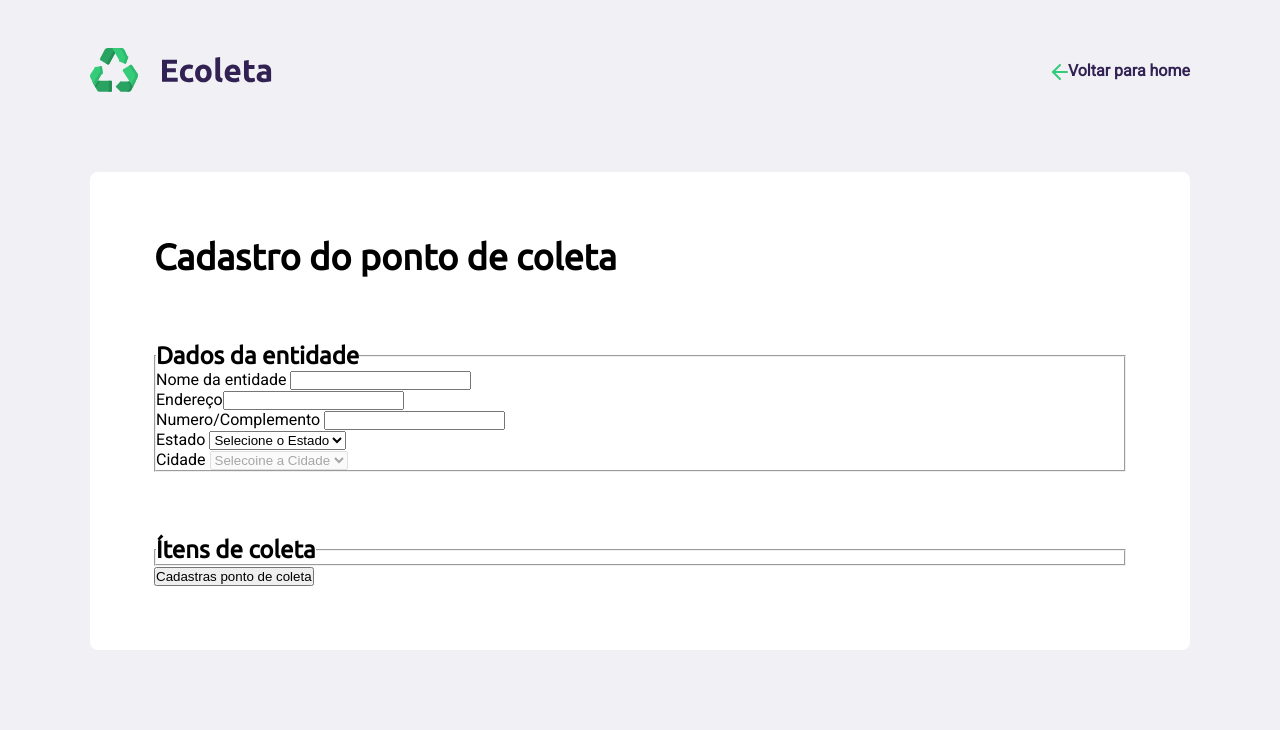
Repository: ivobass/NextLevelWeek
Page: create-point.html
The author's editor kept a copy of each file at every save. The page is drawn from the files as they stood at one save, then again after the next save.
The browser window is 1280 px wide. The pictures show the whole page.

Above is the page before, as saved 2020-06-02 23:38:29.

After the next save:
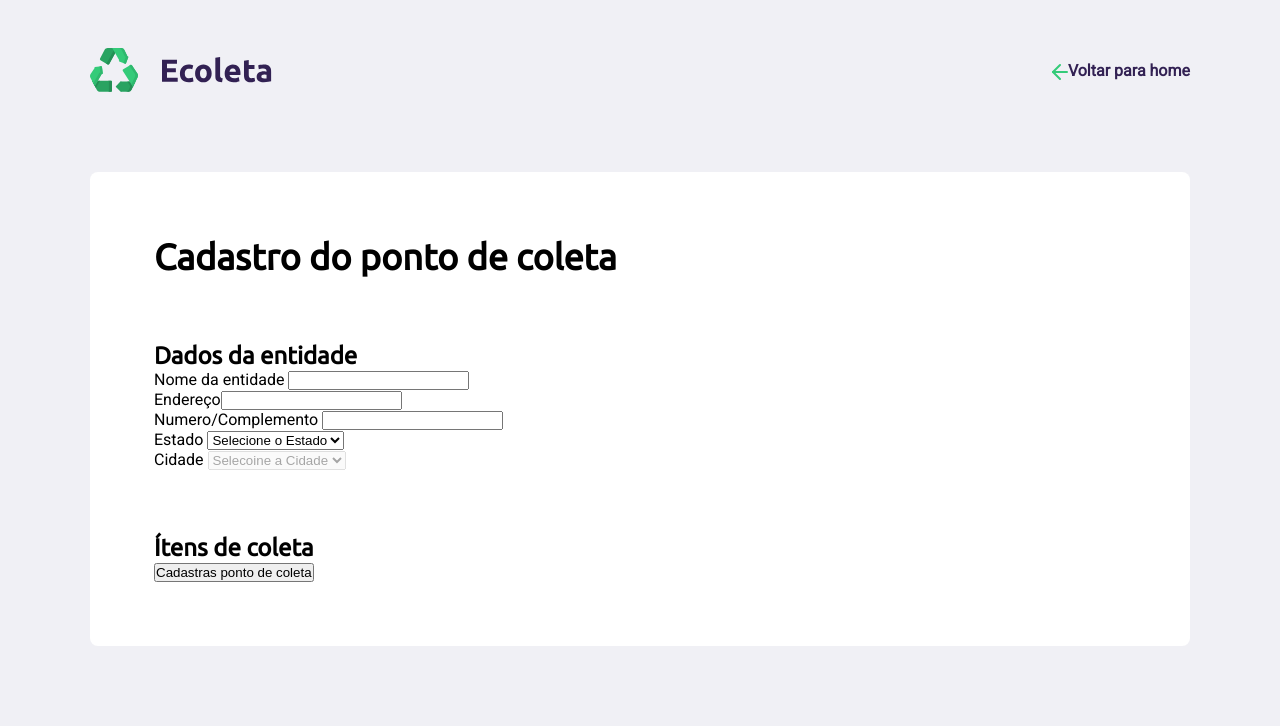
Saved 6 s later.
--- a/styles/create-point.css
+++ b/styles/create-point.css
@@ -46,5 +46,5 @@ form h1 {
 
 form fieldset {
     margin-top: 64px;
-    /* border: 0; */
+    border: 0;
 }
